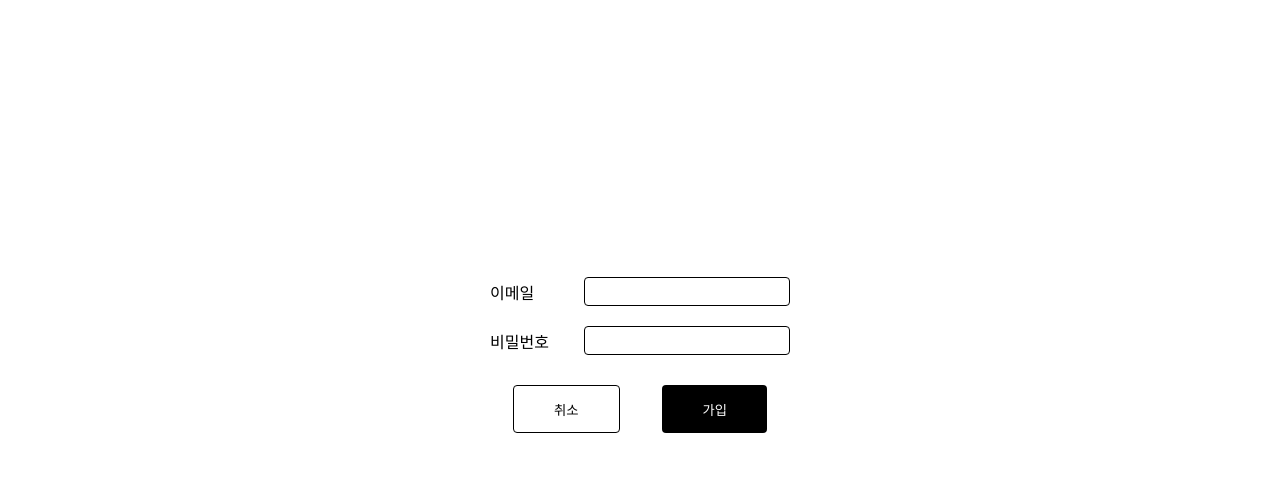
Repository: momo0170/react-shopping
Page: /register
An editor plug-in stored every save of this project. The page is shown before and after the next save, followed by the edit.
The browser window is 1280 px wide. The pictures show the whole page.
The page's requests for data from a server got no answer. Some web fonts or font styles are not loaded; a fallback is used. The project was rebuilt for these pictures with package versions that can differ from the ones it lists, and the page was loaded fresh each time. No one was signed in, and anything a server would have sent is missing. Also part of the build but not shown: src/App.css, src/css/Header.module.css, src/components/Header.jsx, src/App.js, src/router/Products.jsx, src/css/Login.module.css, src/router/Login.jsx.

Above is the page before, as saved 2023-02-22 20:25:38.

After the next save:
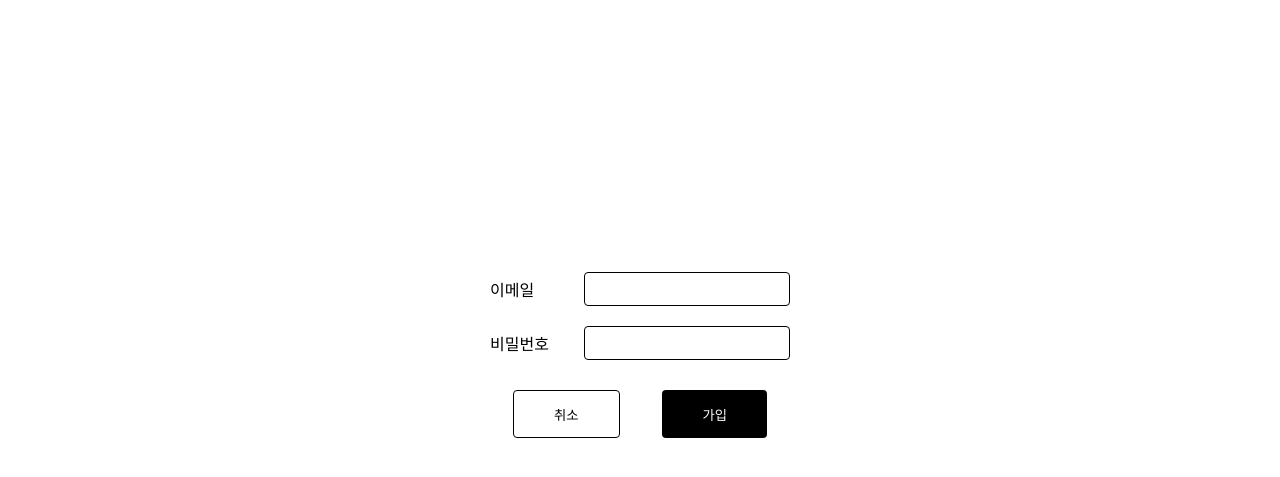
Saved 22 s later.
--- a/src/css/Register.module.css
+++ b/src/css/Register.module.css
@@ -19,7 +19,7 @@
 .email input,
 .password input {
   width: 200px;
-  height: 25px;
+  height: 30px;
   margin: var(--margin-medium) 0;
   border: 0.5px solid black;
   border-radius: 4px;
